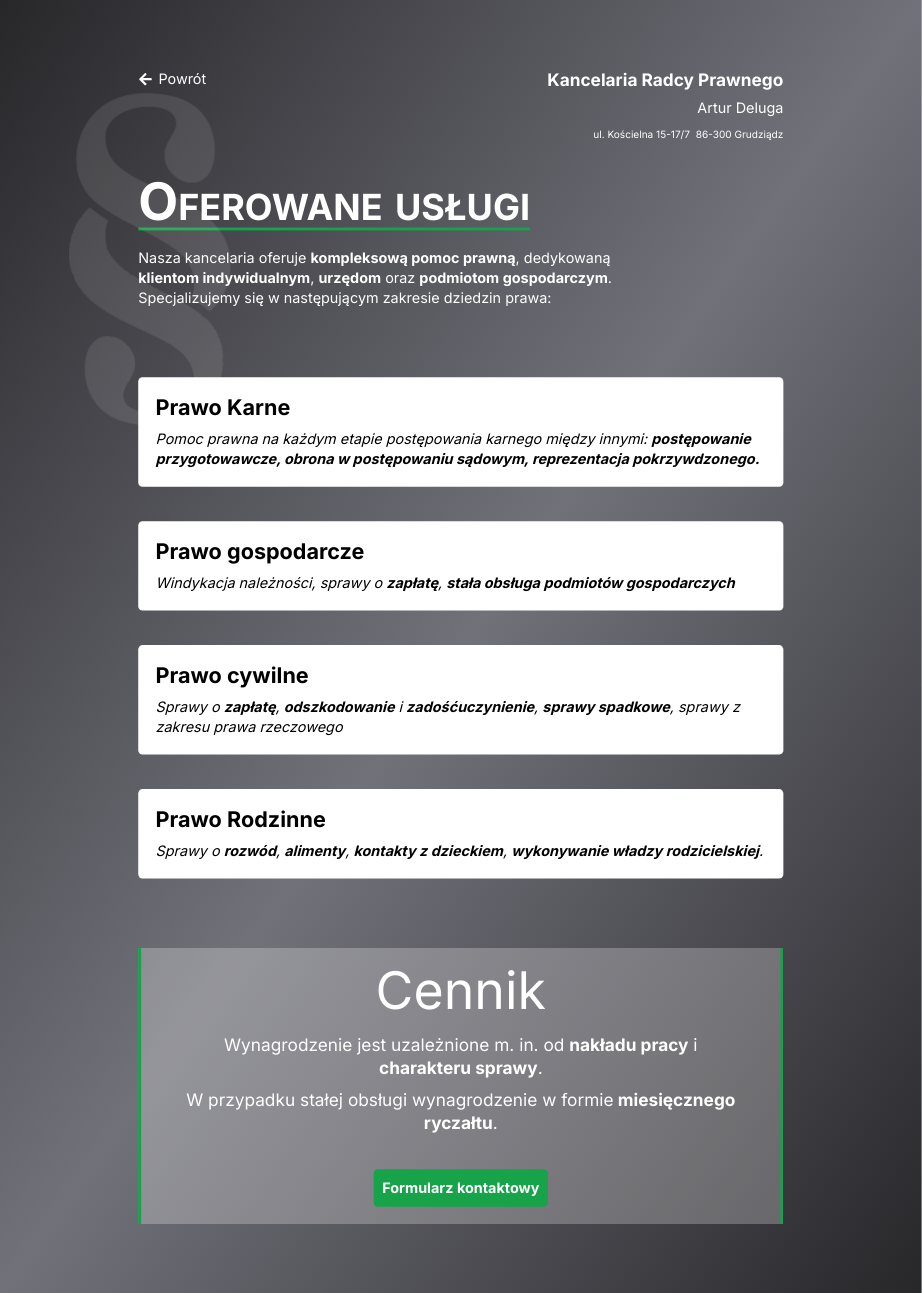
Repository: wesiudev/kancelaria-artur-deluga
Page: /oferta
An editor plug-in stored every save of this project. The page is shown before and after the next save, followed by the edit.
The browser window is 1280 px wide. The pictures show the whole page, at 72% of full size.
The project was rebuilt for these pictures with package versions that can differ from the ones it lists, and the page was loaded fresh each time. The framework's server and built-in components were replaced by stand-ins that run in the browser. Also part of the build but not shown: next.config.js.

Above is the page before, as saved 2023-08-09 17:13:22.

### app/layout.tsx
import "./globals.css";
import type { Metadata } from "next";
import { Inter } from "next/font/google";

const inter = Inter({ subsets: ["latin"] });

export const metadata: Metadata = {
  title: "Kancelaria Radcy Prawnego Artur Deluga",
  description:
    "Kancelaria Radcy Prawnego Grudziądz Prawo Karne, Pracwo cywilne, Prawo gospodarcze, Prawo Rodzinne. ul. Kościelna 15-17/7 86-300 Grudziądz. Pomoc prawna na każdym etapie postępowania karnego (postępowanie przygotowawcze, obrona w postępowaniu sądowym, reprezentacja pokrzywdzonego, etc.)",
  viewport: "width=device-width, initial-scale=1",
  icons: {
    icon: "/favicon.png",
  },
};

export default function RootLayout({
  children,
}: {
  children: React.ReactNode;
}) {
  return (
    <html lang="pl" className="scroll-smooth ">
      <body className={inter.className}>{children}</body>
    </html>
  );
}

### app/oferta/page.tsx
"use client";
import Image from "next/image";
import paragraphImage from "@/app/assets/paragraph.png";
import Link from "next/link";
import { FaArrowLeft } from "react-icons/fa";
import { useState } from "react";
const sendContactForm = async (data: any) =>
  fetch("/api/mail", {
    method: "POST",
    body: JSON.stringify(data),
    headers: { "Content-Type": "application/json", Accept: "application/json" },
  }).then((res) => {
    if (!res.ok) throw new Error("Failed to send message");
    return res.json();
  });

export default function OfferMobile() {
  const [isContactOpen, setContactOpen] = useState(false);
  const [firstName, setFirstName] = useState<string>("");
  const [email, setEmail] = useState<string>("");
  const [message, setMessage] = useState<string>("");

  const onSubmit = async () => {
    try {
      await sendContactForm({
        firstName: firstName,
        email: email,
        message: message,
      });
    } catch (error) {}
  };
  return (
    <div className="w-full mx-auto z-[2000] bg-gradient-to-br from-zinc-800 via-zinc-500 to-zinc-800 overflow-x-hidden text-black">
      <Image
        src={paragraphImage}
        alt="Paragraf obrazek w tle"
        width={224}
        height={224}
        className="fixed opacity-10 left-[50%] -translate-x-[50%] lg:-translate-x-0 lg:left-24 top-[50%] -translate-y-[50%]"
      />
      <div className="flex flex-col space-x-[100px] min-h-screen items-center py-24">
        <div className="flex flex-col w-[85vw] lg:w-[70vw] 2xl:w-[60vw] min-h-screen justify-center ">
          <div className="flex flex-col justify-between w-full">
            <div className="flex flex-row justify-between">
              <div className="w-1/2">
                <Link
                  className="group flex flex-row items-center mb-12 text-xl w-max text-white"
                  href="/"
                >
                  <FaArrowLeft className="mr-2 " />
                  <span className="hover:underline hover:underline-offset-4">
                    {" "}
                    Powrót
                  </span>
                </Link>
              </div>
              <div className="text-white">
                <h1 className="text-xl lg:text-2xl text-right sm:text-left font-bold">
                  Kancelaria Radcy Prawnego
                </h1>
                <div className="w-full flex justify-end">
                  <h2 className="text-xl mb-12 lg:mb-0 mt-2">Artur Deluga</h2>
                </div>
                <div
                  className={` flex-row space-x-2 text-sm justify-end mt-3 mb-12 hidden lg:flex`}
                >
                  <div>ul. Kościelna 15-17/7</div>
                  <div>86-300 Grudziądz</div>
                </div>
              </div>
            </div>

            <div className=" rounded-2xl  text-white">
              <div className="w-max">
                <h1 className="w-max text-4xl md:text-5xl lg:text-7xl text-white caps font-bold">
                  Oferowane usługi
                </h1>
                <div className="h-1 w-full mb-6 bg-green-600" />
              </div>

              <h2 className="text-left text-xl w-full lg:w-3/4 ">
                Nasza kancelaria oferuje{" "}
                <span className="font-bold"> kompleksową pomoc prawną</span>,
                dedykowaną{" "}
                <span className="font-bold">klientom indywidualnym</span>,{" "}
                <span className="font-bold">urzędom</span> oraz{" "}
                <span className="font-bold">podmiotom gospodarczym</span>.
                Specjalizujemy się w następującym zakresie dziedzin prawa:
              </h2>
            </div>
          </div>
          <div className="relative text-black flex flex-col space-y-12 mt-24">
            <div className="max-h-[50vh] border-0 hover:scale-105 duration-300 hover:bg-opacity-100 cursor-default  rounded-md bg-white  flex flex-col p-6 justify-between">
              <h1 className="text-xl lg:text-3xl font-bold">Prawo Karne</h1>
              <p className="text-sm sm:text-xl mt-3 italic">
                Pomoc prawna na każdym etapie postępowania karnego między
                innymi:{" "}
                <span className="font-bold">
                  postępowanie przygotowawcze, obrona w postępowaniu sądowym,
                  reprezentacja pokrzywdzonego.
                </span>
              </p>
            </div>
            <div className="max-h-[50vh] border-0 hover:scale-105 duration-300 hover:bg-opacity-100 cursor-default  rounded-md bg-white  flex flex-col justify-between p-6">
              <h1 className="text-xl lg:text-3xl font-bold">
                Prawo gospodarcze
              </h1>
              <p className="text-sm sm:text-xl mt-3 italic">
                Windykacja należności, sprawy o{" "}
                <span className="font-bold">zapłatę</span>,{" "}
                <span className="font-bold">
                  stała obsługa podmiotów gospodarczych
                </span>
              </p>
            </div>

            <div className="max-h-[50vh] border-0 hover:scale-105 duration-300 hover:bg-opacity-100 cursor-default rounded-md bg-white  flex flex-col p-6 justify-between">
              <h1 className="text-xl lg:text-3xl font-bold">Prawo cywilne</h1>
              <p className="text-sm sm:text-xl mt-3 italic">
                Sprawy o <span className="font-bold">zapłatę</span>,{" "}
                <span className="font-bold">odszkodowanie</span> i{" "}
                <span className="font-bold">zadośćuczynienie</span>,{" "}
                <span className="font-bold">sprawy spadkowe</span>, sprawy z
                zakresu prawa rzeczowego
              </p>
            </div>
            <div className="max-h-[50vh] border-0 hover:scale-105 duration-300 hover:bg-opacity-100 cursor-default rounded-md  bg-white  flex flex-col p-6 justify-between">
              <h1 className="text-xl lg:text-3xl font-bold">Prawo Rodzinne</h1>
              <p className="text-sm sm:text-xl mt-3 italic">
                Sprawy o <span className="font-bold">rozwód</span>,{" "}
                <span className="font-bold">alimenty</span>,{" "}
                <span className="font-bold">kontakty z dzieckiem</span>,{" "}
                <span className="font-bold">
                  wykonywanie władzy rodzicielskiej
                </span>
                .
              </p>
            </div>
          </div>
          <div className="text-white flex flex-col h-max my-auto px-3 lg:px-12  text-center relative w-full mt-12  lg:mx-auto lg:mt-24 border-l-4 border-r-4 border-green-600 py-3 lg:py-6 bg-white bg-opacity-25">
            <h1 className="text-5xl lg:text-7xl ">Cennik</h1>
            <p className="mt-6 text-base lg:text-2xl">
              Wynagrodzenie jest uzależnione m. in. od{" "}
              <span className="font-bold"> nakładu pracy</span> i{" "}
              <span className="font-bold">charakteru sprawy</span>.
            </p>
            <p className="mt-3 text-sm lg:text-2xl">
              W przypadku stałej obsługi wynagrodzenie w formie
              <span className="font-bold"> miesięcznego ryczałtu</span>.
            </p>
            <button
              onClick={() => setContactOpen(true)}
              className=" p-3 bg-green-600 hover:bg-green-500 duration-300 mt-12 w-max mx-auto  text-xl text-white font-bold rounded-md"
            >
              Formularz kontaktowy
            </button>
          </div>
          <div
            className={`bg-gray-400 rounded-full flex-row space-x-2 text-sm justify-center mt-24 flex lg:hidden z-[1000]`}
          >
            <div>ul. Kościelna 15-17/7</div>
            <div>86-300 Grudziądz</div>
          </div>
        </div>
      </div>
      <div
        className={`w-[80vw] fixed left-[50%] -translate-x-[50%] top-[50%] -translate-y-[50%] bg-gradient-to-bl from-black to-zinc-800 lg:w-max h-max px-12 rounded-3xl py-6 duration-300 ${
          isContactOpen ? "z-[2000] opacity-100" : "z-[-1000] opacity-0"
        }`}
      >
        <h1 className="text-3xl text-center">Kontakt</h1>

        <div className="flex flex-col space-y-3 mt-6 lg:mt-12">
          <div className="flex flex-col lg:flex-row lg:space-x-3">
            <div className="flex flex-col">
              Imię{" "}
              <input
                onChange={(e) => setFirstName(e.target.value)}
                value={firstName}
                id="fName"
                type="text"
                className="mt-2 text-black"
              />
            </div>
            <div className="flex flex-col mt-3 lg:mt-0">
              Email{" "}
              <input
                onChange={(e) => setEmail(e.target.value)}
                value={email}
                type="text"
                className="mt-2 text-black"
              />
            </div>
          </div>
          <div className="flex flex-col mt-2">
            Treść{" "}
            <textarea
              onChange={(e) => setMessage(e.target.value)}
              value={message}
              className="h-full resize-none text-black"
            ></textarea>
          </div>
        </div>
        <div className="w-full flex space-x-3">
          <button
            onClick={() => setContactOpen(false)}
            className="w-1/2 hover:underline py-2 mt-8"
          >
            Powrót
          </button>
          <button
            onClick={onSubmit}
            className="w-1/2 bg-purple-400 hover:bg-purple-300 duration-300 py-2 mt-8"
          >
            Wyślij
          </button>
        </div>
      </div>
    </div>
  );
}

### app/globals.css
@tailwind base;
@tailwind components;
@tailwind utilities;

:root {
  --foreground-rgb: 0, 0, 0;
  --background-start-rgb: 214, 219, 220;
  --background-end-rgb: 255, 255, 255;
}

@media (prefers-color-scheme: dark) {
  :root {
    --foreground-rgb: 255, 255, 255;
    --background-start-rgb: 0, 0, 0;
    --background-end-rgb: 0, 0, 0;
  }
}

body {
  color: rgb(var(--foreground-rgb));
  background: linear-gradient(
      to bottom,
      transparent,
      rgb(var(--background-end-rgb))
    )
    rgb(var(--background-start-rgb));
}

.expand {
  position: relative;
  text-decoration: none;
  display: inline-block;
}
.expand:after {
  display: block;
  content: "";
  border-bottom: solid 3px white;
  transform: scaleX(0);
  transition: transform 250ms ease-in-out;
  transform-origin: 100% 50%;
}
.expand:hover:after {
  transform: scaleX(1);
  transform-origin: 0 50%;
}

.caps {
  font-variant: small-caps;
}
html {
  scroll-behavior: smooth;
  color: #1a1a1a;
}

Loaded but not shown: tailwind.config.js (common file)

After the next save:
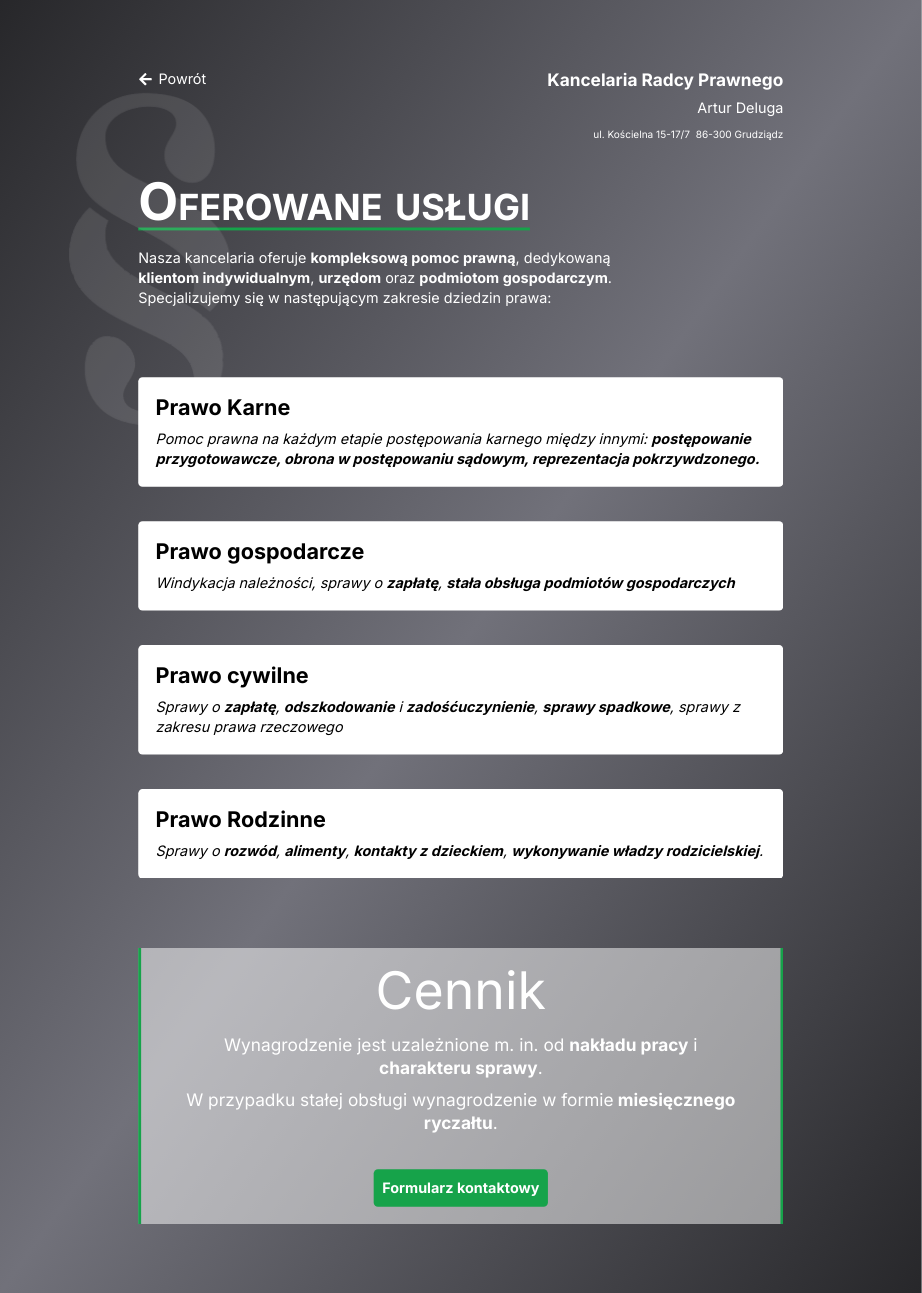
Saved 24 s later.
--- a/app/oferta/page.tsx
+++ b/app/oferta/page.tsx
@@ -137,7 +137,7 @@
               </p>
             </div>
           </div>
-          <div className="text-white flex flex-col h-max my-auto px-3 lg:px-12  text-center relative w-full mt-12  lg:mx-auto lg:mt-24 border-l-4 border-r-4 border-green-600 py-3 lg:py-6 bg-white bg-opacity-25">
+          <div className="text-white flex flex-col h-max my-auto px-3 lg:px-12  text-center relative w-full mt-12  lg:mx-auto lg:mt-24 border-l-4 border-r-4 border-green-600 py-3 lg:py-6 bg-white bg-opacity-50">
             <h1 className="text-5xl lg:text-7xl ">Cennik</h1>
             <p className="mt-6 text-base lg:text-2xl">
               Wynagrodzenie jest uzależnione m. in. od{" "}

After the save that followed:
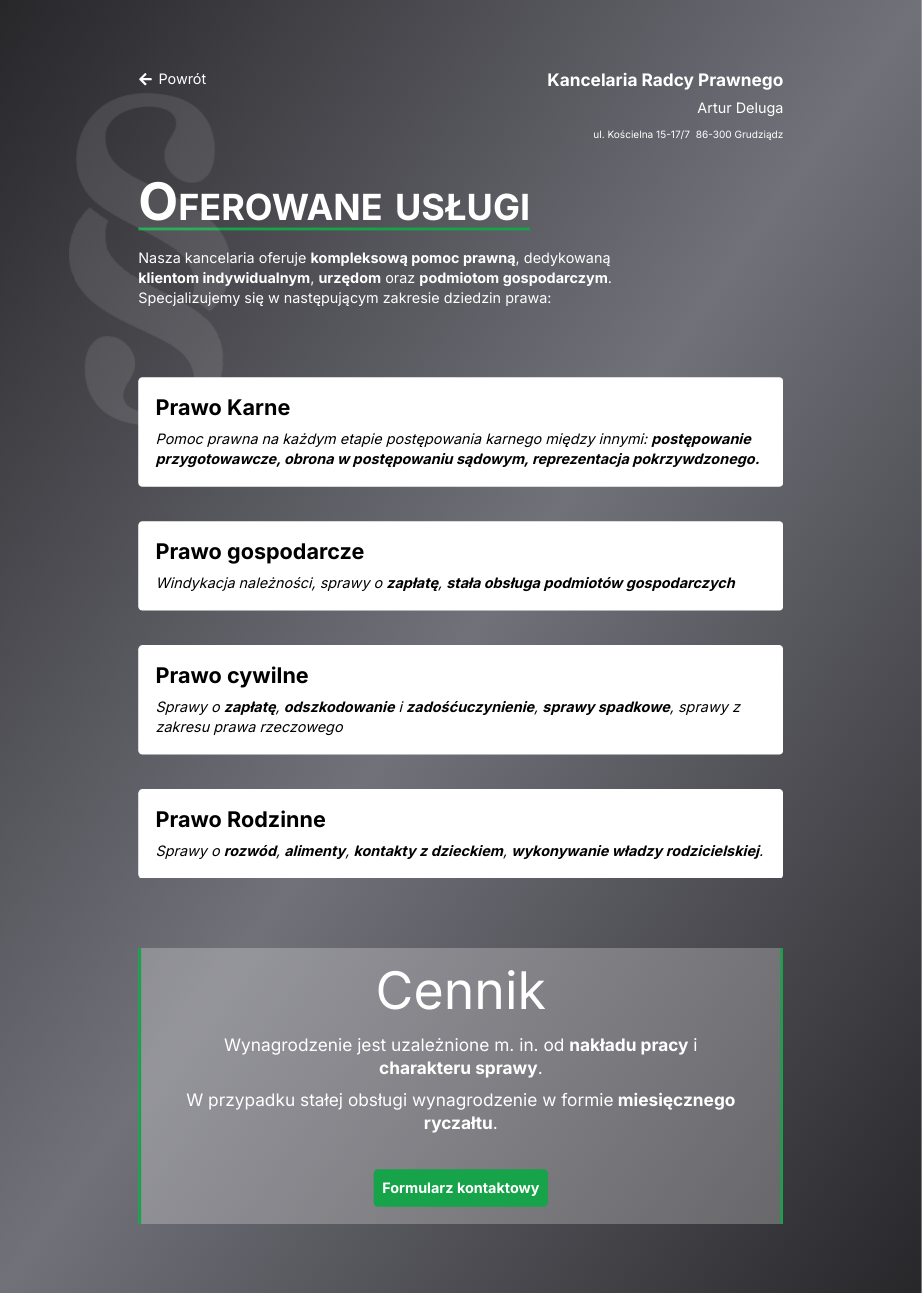
Saved 10 s later.
--- a/app/oferta/page.tsx
+++ b/app/oferta/page.tsx
@@ -137,7 +137,7 @@
               </p>
             </div>
           </div>
-          <div className="text-white flex flex-col h-max my-auto px-3 lg:px-12  text-center relative w-full mt-12  lg:mx-auto lg:mt-24 border-l-4 border-r-4 border-green-600 py-3 lg:py-6 bg-white bg-opacity-50">
+          <div className="text-white flex flex-col h-max my-auto px-3 lg:px-12  text-center relative w-full mt-12  lg:mx-auto lg:mt-24 border-l-4 border-r-4 border-green-600 py-3 lg:py-6 bg-white bg-opacity-25">
             <h1 className="text-5xl lg:text-7xl ">Cennik</h1>
             <p className="mt-6 text-base lg:text-2xl">
               Wynagrodzenie jest uzależnione m. in. od{" "}
